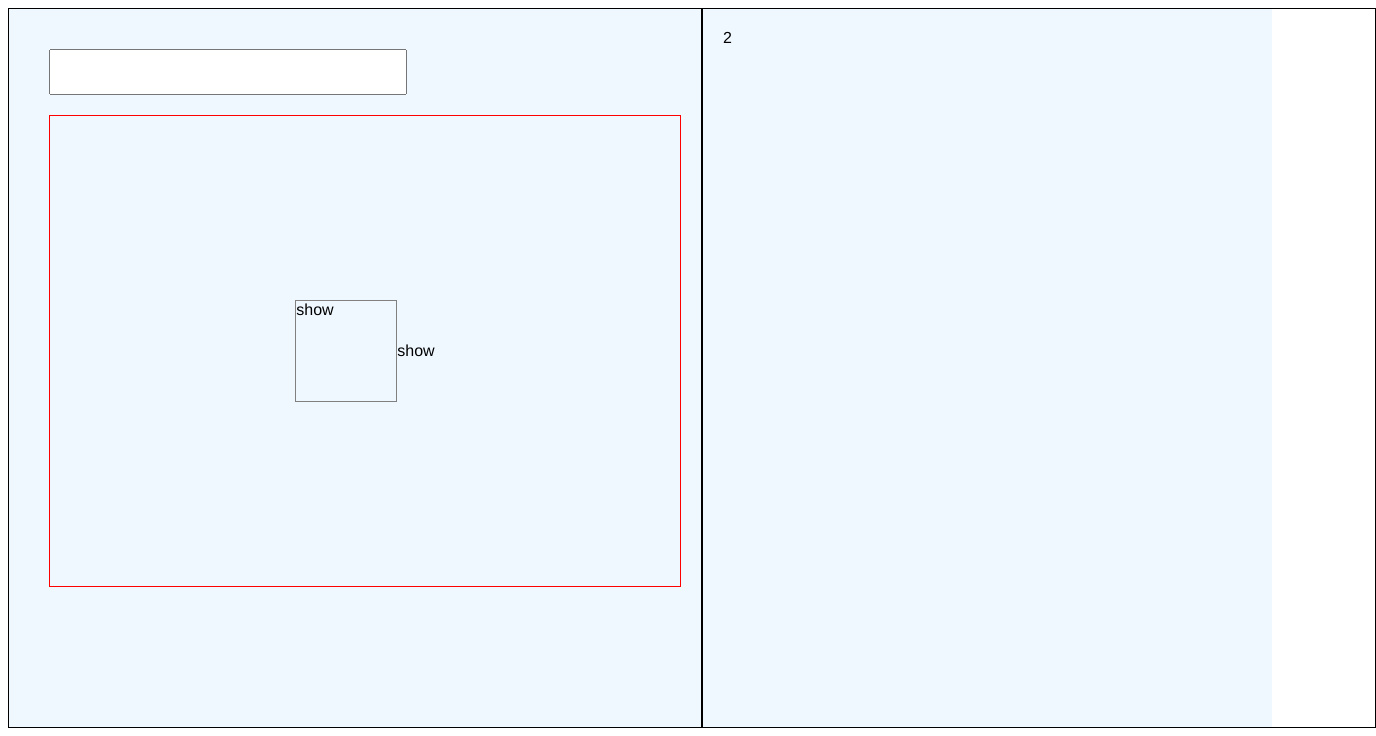
Repository: andrii1/react-gifs
Page: /
An editor plug-in stored every save of this project. The page is shown before and after the next save, followed by the edit.
The browser window is 1280 px wide. The page is 1376 px wide, so the pictures cover 1376 px, including what lies to the right of the window. The pictures show the whole page.
The project was rebuilt for these pictures with package versions that can differ from the ones it lists, and the page was loaded fresh each time. Also part of the build but not shown: webpack.config.js.

Above is the page before, as saved 2022-02-11 15:54:54.

After the next save:
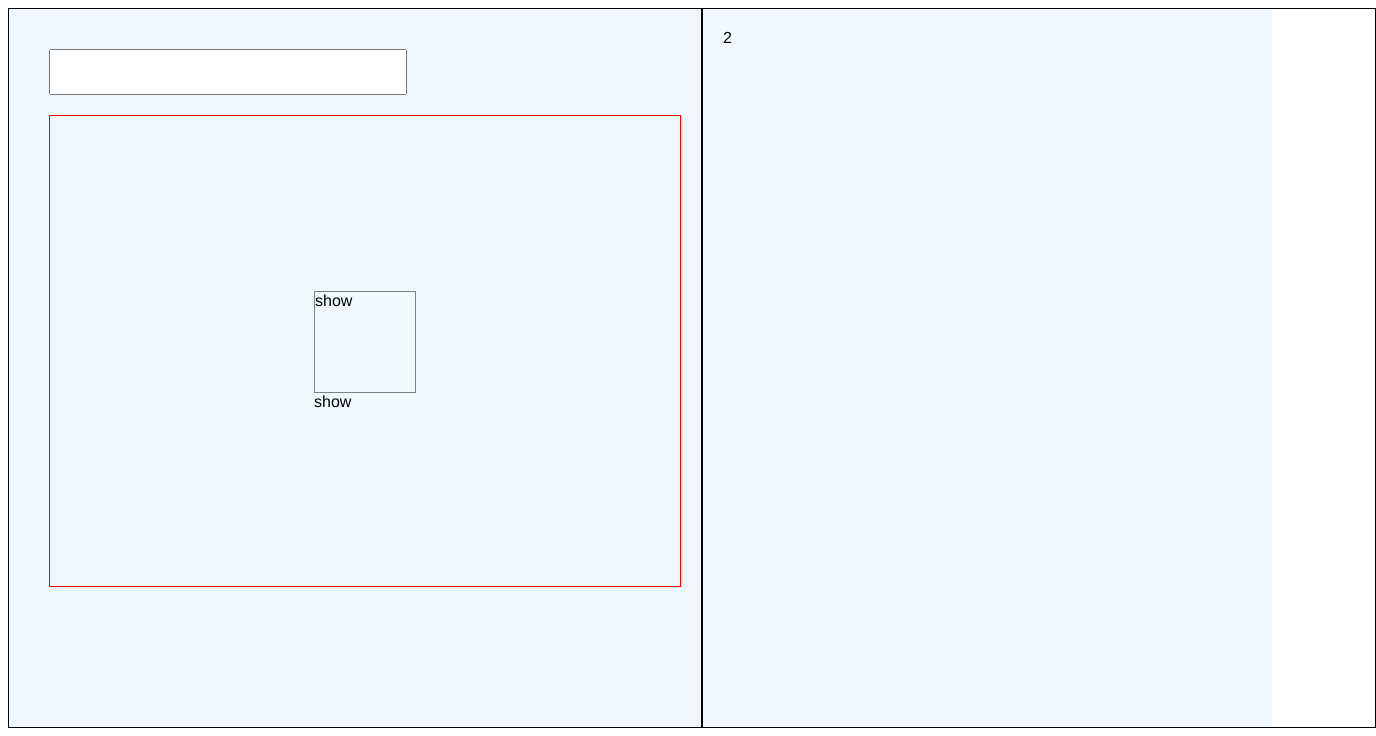
Saved 63 s later.
--- a/src/components/App.jsx
+++ b/src/components/App.jsx
@@ -12,8 +12,10 @@ class App extends Component {
               <input type="text" name="search" />
             </div>
             <div className="show">
-              <div className="show-gif">show</div>
-            <div className="shsf">show</div>
+              <div className="show-container">
+                <div className="show-gif">show</div>
+                <div className="shsf">show</div>
+              </div>
             </div>
           </div>
         </div>
